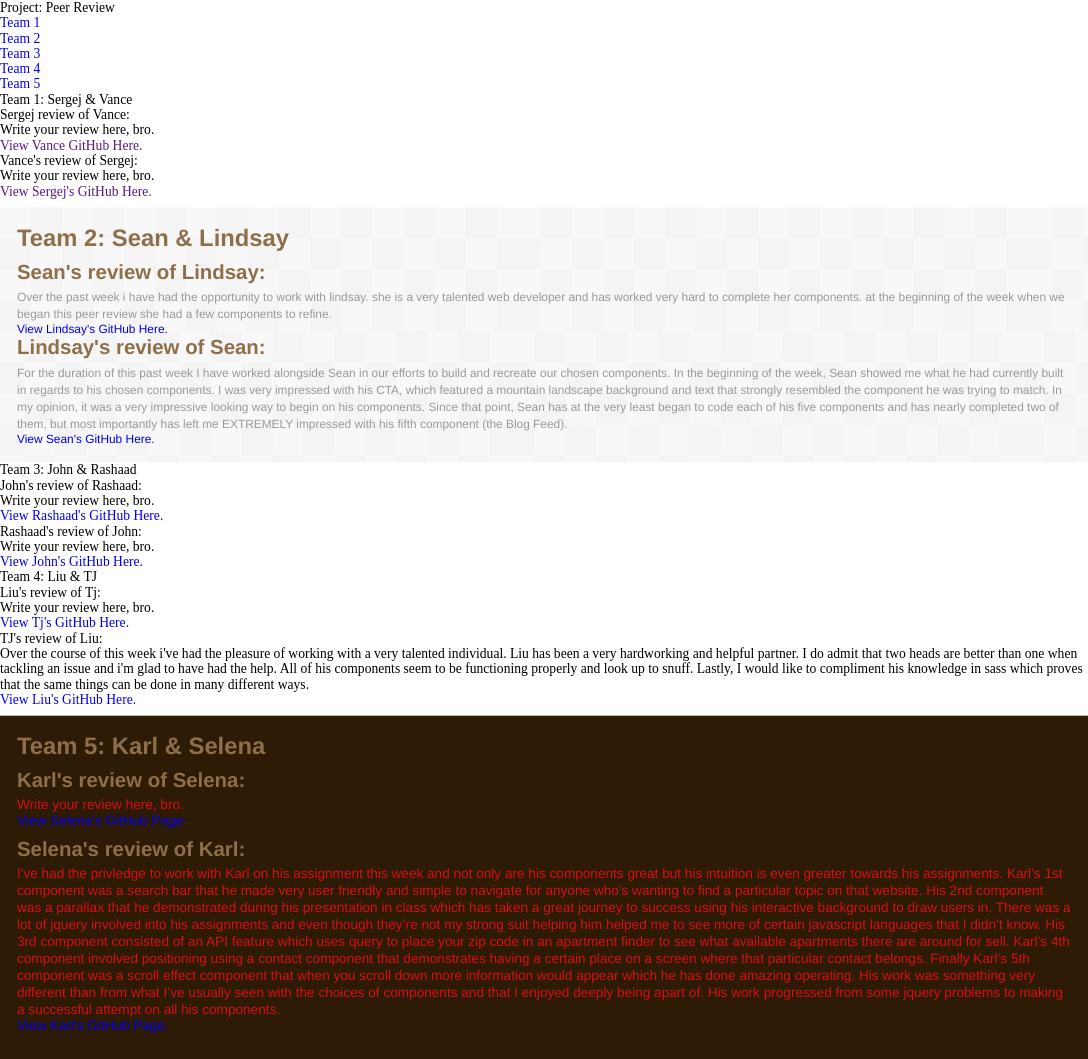
Repository: Smvargas787/WSP-2.5
Page: workspace 3/hello-world.html
The author's editor kept a record of every edit. The page is drawn from the files as they stood at one moment, then again after the next edit.
The browser window is 1280 px wide. The pictures show the whole page, at 85% of full size.
Some web libraries are served in a nearby version.

Above is the page before.

### workspace 3/hello-world.html
<!DOCTYPE html>
<html lang= "en">
	<head>
		<meta charset= "utf-8"/>
		<meta name="viewport" content="width=device-width, initial-scale=1, maximum-scale=1">
		<title>Project: Peer Review</title>

		<link href="css/reset.css" rel="stylesheet" type="text/css" />
		<link href="css/style.css" rel="stylesheet" type="text/css" />
	</head>


	<body>

		<header>
			<h1>Project: Peer Review</h1>
			<nav>
				<ul>
					<li><a href="#" class="link" data-this=".team1" data-last=".page">Team 1</a></li>
					<li><a href="#" class="link" data-this=".team2" data-last=".page">Team 2</a></li>
					<li><a href="#" class="link" data-this=".team3" data-last=".page">Team 3</a></li>
					<li><a href="#" class="link" data-this=".team4" data-last=".page">Team 4</a></li>
					<li><a href="#" class="link" data-this=".team5" data-last=".page">Team 5</a></li>
				</ul>
			</nav>
		</header>


<!-- 	Team 1 -->
		<section class="page team1">
			<h2>Team 1: Sergej & Vance</h2>

			<article>
				<h3>Sergej review of Vance:</h3>
				<p>Write your review here, bro.</p>
				<a href="" target="_blank">View Vance GitHub Here.</a>
			</article>

			<article>
			 	<h3>Vance's review of Sergej:</h3>
				<p>Write your review here, bro.</p>
				<a href="" target="_blank">View Sergej's GitHub Here.</a>
			</article>
        </section>
<!-- End Team 1 -->





<!-- 	Team 2 -->
		<section class="page team2">
			<h2>Team 2: Sean & Lindsay</h2>

			<article>
				<h3>Sean's review of Lindsay:</h3>
				<p>Over the past week i have had the opportunity to work with lindsay. she is a very talented web developer and has worked very hard
				to complete her components. at the beginning of the week when we began this peer review she had a few components to refine.
				</p>
				<a href="http://lindsayhampton.github.io/WSP/" target="_blank">View Lindsay's GitHub Here.</a>
			</article>

			<article>
			 	<h3>Lindsay's review of Sean:</h3>
				<p>For the duration of this past week I have worked alongside Sean in our efforts to build and recreate our chosen components.
				In the beginning of the week, Sean showed me what he had currently built in regards to his chosen components. I was very impressed with his CTA,
				which featured a mountain landscape background and text that strongly resembled the component he was trying to match. In my opinion, it was a
				very impressive looking way to begin on his components. Since that point, Sean has at the very least began to code each of his five components and
				has nearly completed two of them, but most importantly has left me EXTREMELY impressed with his fifth component (the Blog Feed). </p>
				<a href="http://seanedw1.github.io/wsp_edwards_sean/index.html" target="_blank">View Sean's GitHub Here.</a>
			</article>

		</section>
<!-- End Team 2 -->




<!-- 	Team 3 -->
		<section class="page team3">
			<h2>Team 3: John & Rashaad</h2>
			<article>
				<h3>John's review of Rashaad:</h3>
				<p>Write your review here, bro.</p>
				<a href="http://mangenius200.github.io/WSP/wsp_project-master/index.html" target="_blank">View Rashaad's GitHub Here.</a>
			</article>

			<article>
			 	<h3>Rashaad's review of John:</h3>
				<p>Write your review here, bro.</p>
				<a href="http://johnkunkle1987.github.io/Web-Standards-Project/week_1_project/" target="_blank">View John's GitHub Here.</a>
			</article>
		</section>
<!-- End Team 3 -->





<!-- 	Team 4 -->
		<section class="page team4">
			<h2>Team 4: Liu  & TJ</h2>
			<article>
				<h3>Liu's review of Tj:</h3>
				<p>Write your review here, bro.</p>
				<a href="http://fs-timothymccoy.github.io/WSP/ProjectPlanning/index.html" target="_blank">View Tj's GitHub Here.</a>
			</article>

			<article>
			 	<h3>TJ's review of Liu:</h3>
				<p>Over the course of this week i've had the pleasure of working with a very talented individual. Liu has been a very hardworking and helpful partner. I do admit that two heads are better than one when tackling an issue and i'm glad to have had the help. All of his components seem to be functioning properly and look up to snuff. Lastly, I would like to compliment his knowledge in sass which proves that the same things can be done in many different ways.</p>
				<a href="http://maumasi.github.io/WSP_082015/" target="_blank">View Liu's GitHub Here.</a>
			</article>

    	</section>
<!-- End Team 4 -->


<!-- 	Team 5 -->
		<section class="page team5">
			<h2>Team 5: Karl & Selena</h2>
			<article>
				<h3>Karl's review of Selena:</h3>
				<p>Write your review here, bro.</p>
				<a href="http://smvargas787.github.io/WSP-2.5/index.html" target="_blank">View Selena's GitHub Page</a>
			</article>

			<article>
			 	<h3>Selena's review of Karl:</h3>
				<p>I've had the privledge to work with Karl on his assignment this week and not only are his components great but his intuition is even greater towards his assignments. Karl’s 1st component was a search bar that he made very user friendly and simple to navigate for anyone who’s wanting to find a particular topic on that website. His 2nd component was a parallax that he demonstrated during his presentation in class which has taken a great journey to success using his interactive background to draw users in. There was a lot of jquery involved into his assignments and even though they’re not my strong suit helping him helped me to see more of certain javascript languages that I didn’t know. His 3rd component consisted of an API feature which uses query to place your zip code in an apartment finder to see what available apartments there are around for sell. Karl’s 4th component involved positioning using a contact component that demonstrates having a certain place on a screen where that particular contact belongs. Finally Karl’s 5th component was a scroll effect component that when you scroll down more information would appear which he has done amazing operating. His work was something very different than from what I’ve usually seen with the choices of components and that I enjoyed deeply being apart of. His work progressed from some jquery problems to making a successful attempt on all his components. </p>
			    <a href="http://kjrohr.github.io/wps_project/blog/index.html" target="_blank">View Karl's GitHub Page</a>
			</article>




		</section>
<!-- End Team 5 -->




<!-- jquery -->
		<script src="https://ajax.googleapis.com/ajax/libs/jquery/1.11.3/jquery.min.js"></script>
	<!--	<script src="js/jquery-1.11.3.min.js"></script> -->
		<script src="js/main.js"></script>

	</body>
</html>

### workspace 3/css/reset.css
/* CSS RESET
====================================================================================================
====================================================================================================
*/



html, body, div, main, span, applet, object, iframe,
h1, h2, h3, h4, h5, h6, p, blockquote, pre,
a, abbr, acronym, address, big, cite, code,
del, dfn, em, img, ins, kbd, q, s, samp,
small, strike, strong, sub, sup, tt, var,
b, u, i, center,
dl, dt, dd, ol, ul, li,
fieldset, form, label, legend, input, textarea,
table, caption, tbody, tfoot, thead, tr, th, td,
article, aside, canvas, details, embed,
figure, figcaption, footer, header, hgroup,
menu, nav, output, ruby, section, summary,
time, mark, audio, video,
::before, ::after {

	margin: 0; padding: 0;
	border: 0;
	font-size: 100%;
	font: inherit;
	vertical-align: baseline;
	text-decoration: none;

	box-sizing: border-box;

}

// HTML5 - Older browser support
// ======================================================================
article, aside, details, figcaption, figure,
footer, header, hgroup, menu, nav, section {
	display: block;
}


// BODY
// ======================================================================
body { line-height: 1; }


// LISTS - Clear bullets
// ======================================================================
ol, ul { list-style: none; }


// QUOTES
// ======================================================================
blockquote, q { quotes: none; }
blockquote:before, blockquote:after,
q:before, q:after {
	content: '';
	content: none;
}

// TABLES
// ======================================================================
table {
	border-collapse: collapse;
	border-spacing: 0;
}

### workspace 3/css/style.css
/* Team 1 ======================================================== */
/* End of Team 1 ================================================= */


/* Team 2 ======================================================== */
.team2
{
  margin-top: 10px;
  background: url("../images/background-team2.jpg");
  color: #999999;
  font-family: Helvetica;
  padding: 20px;
  font-size: 14px;
}


.team2 article a:hover
{
  color: rgba(215,17,17, 0.8);
}

.team2 article a:visited
{
  color: #094978;
}


.team2 h1{
  text-align:center;
}


.team2 h2
{
  margin-bottom: 10px;
  font-size: 28px;
  font-weight: 900;
  color: #8F6F49;
}

.team2 article h3
{
  margin-bottom: 5px;
  color: #8F6F49;
  font-size: 24px;
  font-weight: 700;
}

.team2 article p
{
  line-height: 20px;
}

.team2 article a
{
  display: block;
  padding:;
}


/* End of Team 2 ================================================= */


/* Team 3 ======================================================== */
/* End of Team 3 ================================================= */


/* Team 4 ======================================================== */
/* End of Team 4 ================================================= */


/* Team 5 ======================================================== */
/* Color 1: #2E1B05 Root
   Color 2: #655441 Somber
   Color 3: #8F6F49 Yggdrasil
   Color 4: #094978 Blues Power
   Color 5: #D71111 Pale Red
*/


.team5
{
  margin-top: 10px;
  background: #2E1B05;
  color: #D71111;
  font-family: Helvetica;
  padding: 20px;
}


.team5 article a:hover
{
  color: rgba(215,17,17, 0.8);
}

.team5 article a:visited
{
  color: #094978;
}

.team5 h2
{
  margin-bottom: 10px;
  font-size: 28px;
  font-weight: 900;
  color: #8F6F49;
}

.team5 article h3
{
  margin-bottom: 5px;
  color: #8F6F49;
  font-size: 24px;
  font-weight: 700;
}

.team5 article p
{
  line-height: 20px;
  font-size: 16px;
}

.team5 article a
{
  display: block;
  padding-bottom: 10px;
}


/* End of Team 5 ================================================= */

### workspace 3/js/main.js

//	jquery javaScript
$(function(){

//	make links change "pages"
//================================================================
//	$('.page').css({'display':'none'});



//	nav click events
//================================================================
	$('.link').on('click', function(){

		var linkAction1 = $(this).attr('data-last');
		var linkAction2 = $(this).attr('data-this');

		$(linkAction1).delay().slideUp();
		$(linkAction2).slideDown();

		$('.this-class').css({'display':'none'});
		$('h3').css({'display':'none'});
		//$('input').css({'display':'none'});
	});




});

After the next edit:
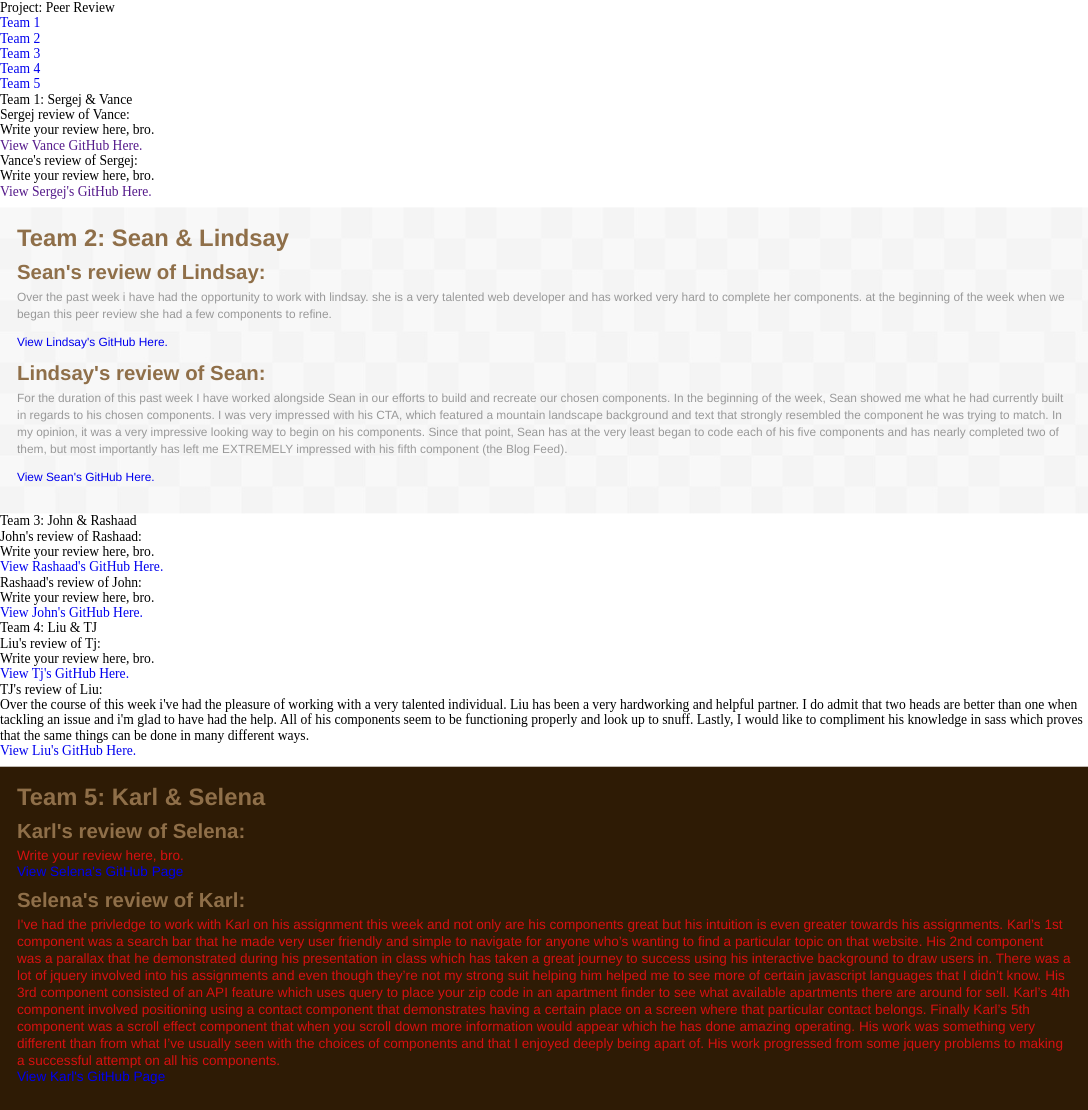
The edit:
--- a/workspace 3/css/style.css
+++ b/workspace 3/css/style.css
@@ -54,7 +54,7 @@
 .team2 article a
 {
   display: block;
-  padding:;
+  padding: 15px 0;
 }
 
 
